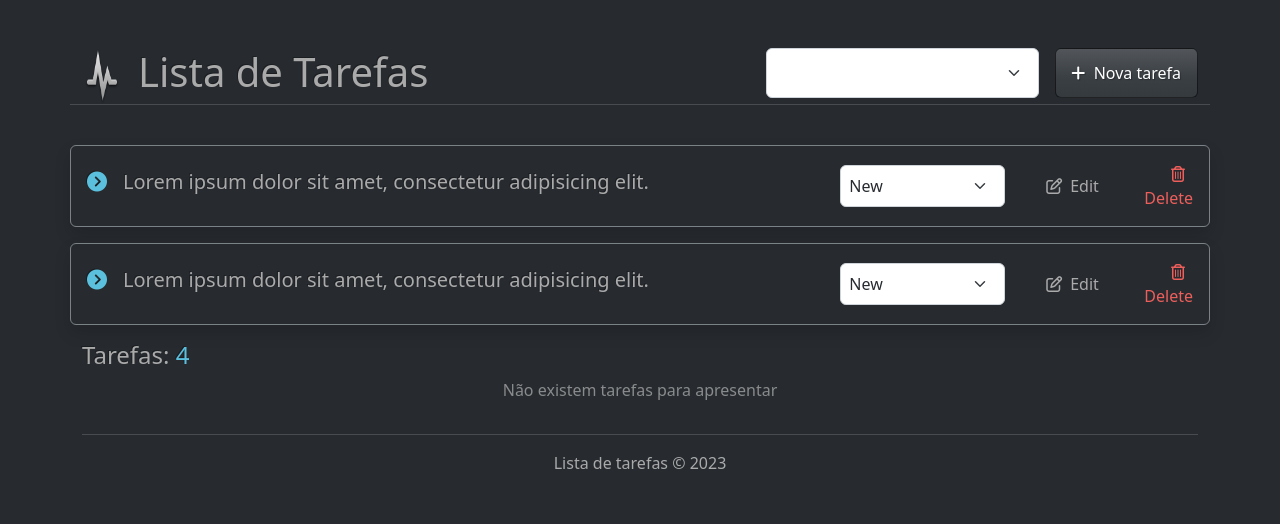
Repository: cargugati/lista_tarefas
Page: frontEnd/index.html
These files come from the project's save history. The page is drawn as it stood at one moment and after the next save; the edit follows.
The browser window is 1280 px wide. The pictures show the whole page.

Above is the page before, as saved 2023-03-18 23:32:18.

### frontEnd/index.html
<!DOCTYPE html>
<html lang="pt-br">

<head>
  <meta charset="UTF-8">
  <meta http-equiv="X-UA-Compatible" content="IE=edge">
  <meta name="viewport" content="width=device-width, initial-scale=1.0">
  <title>Lista de Tarefas</title>
  <link rel="stylesheet" href="./assets/css/bootstrap.min.css">
  <link rel="stylesheet" href="./assets/fontawesome/css/all.min.css">
  <link rel="shortcut icon" href="./assets/images/favicon.png" type="image/png">
</head>

<body>
  <div class="container my-5">

    <!-- cabeçalho -->
    <div class="row mb-4">
      <div class="col">
        <div class="d-flex justify-content-start">
          <img src="./assets/images/favicon.png" alt="Logo" class="img-fluid me-3" width="40px">
          <h1>Lista de Tarefas</h1>
        </div>

      </div>
      <div class="col text-end">
        <div class="d-flex justify-content-end">
          <select id="select_filter" class="form-select w-50 p-2 me-3">
            <option value=""></option>
            <option value="1">filtro 1</option>
          </select>
          <a href="new_task.html" class="btn btn-primary"><i class="fa-solid fa-plus me-2"></i>Nova tarefa</a>
        </div>
      </div>
      <hr class="my">
    </div>

    <!-- aspecto visual de uma tarefa -->
    <div class="row mb-3">
      <div class="col-12 border border-secondary rounded p-3 shadow">
        <div class="row align-items-center">
          <div class="col-8">
            <div class="d-flex align-items-center">
              <h5 class="me-3 text-info"> <i class="fa-solid fa-circle-chevron-right"></i> </h5>
              <h5>Lorem ipsum dolor sit amet, consectetur adipisicing elit.</h5>
            </div>
          </div>
          <div class="col-2">
            <select id="task_status" class="form-select p-2">
              <option value="new">New</option>
              <option value="in progress">In progress</option>
              <option value="canceled">Canceled</option>
              <option value="done">Done</option>
            </select>
          </div>
          <div class="col-1 text-end"><i class="fa-regular fa-pen-to-square me-2"></i>Edit</div>
          <div class="col-1 text-end text-danger"><i class="fa-regular fa-trash-can me-2"></i>Delete</div>
        </div>
      </div>
    </div>

    <div class="row mb-3">
      <div class="col-12 border border-secondary rounded p-3 shadow">
        <div class="row align-items-center">
          <div class="col-8">
            <div class="d-flex align-items-center">
              <h5 class="me-3 text-info"> <i class="fa-solid fa-circle-chevron-right"></i> </h5>
              <h5>Lorem ipsum dolor sit amet, consectetur adipisicing elit.</h5>
            </div>
          </div>
          <div class="col-2">
            <select id="task_status" class="form-select p-2">
              <option value="new">New</option>
              <option value="in progress">In progress</option>
              <option value="canceled">Canceled</option>
              <option value="done">Done</option>
            </select>
          </div>
          <div class="col-1 text-end"><i class="fa-regular fa-pen-to-square me-2"></i>Edit</div>
          <div class="col-1 text-end text-danger"><i class="fa-regular fa-trash-can me-2"></i>Delete</div>
        </div>
      </div>
    </div>

    <!-- total tarefas -->
    <div class="row" id="total_tasks">
      <div class="col">
        <h4>Tarefas: <span class="text-info">4</span></h4>
      </div>
    </div>

    <!-- sem tarefa -->
    <div class="row " id="no_tasks">
      <div class="col text-center">
        <span class="opacity-75">Não existem tarefas para apresentar</span>
      </div>
    </div>

    <!-- footer -->
    <div class="row mt-3">
      <div class="col text-center">
        <hr>
        <p>Lista de tarefas &copy; 2023</p>
      </div>
    </div>


  </div>

  <script src="./assets/js/bootstrap.bundle.min.js"></script>
</body>

</html>

Loaded but not shown: frontEnd/assets/css/bootstrap.min.css (library); frontEnd/assets/fontawesome/css/all.min.css (library); frontEnd/assets/js/bootstrap.bundle.min.js (library)

After the next save:
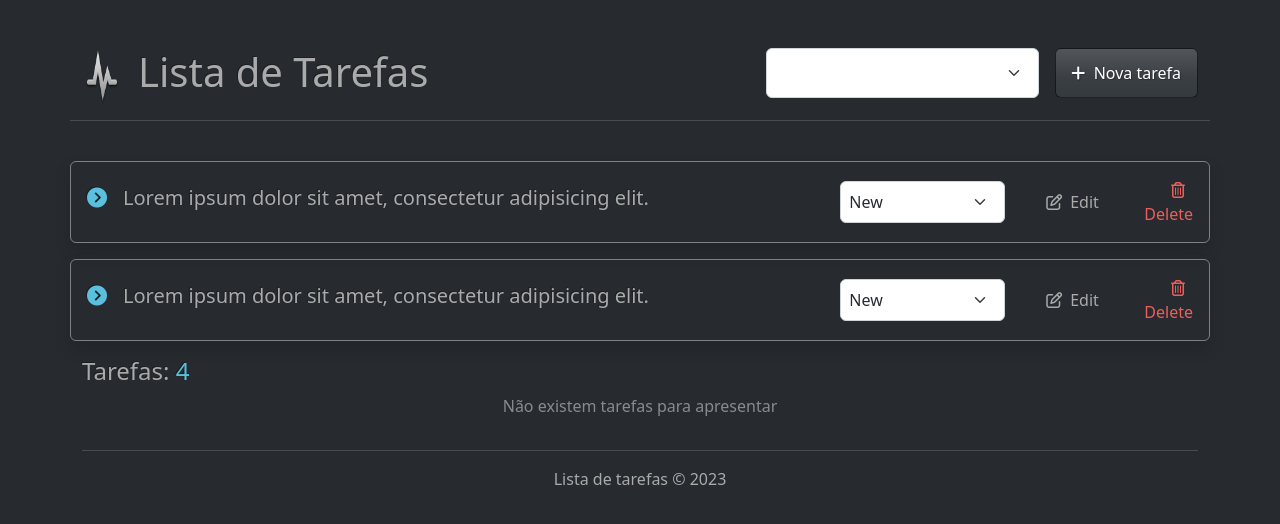
Saved 11 s later.
--- a/frontEnd/index.html
+++ b/frontEnd/index.html
@@ -32,7 +32,7 @@
           <a href="new_task.html" class="btn btn-primary"><i class="fa-solid fa-plus me-2"></i>Nova tarefa</a>
         </div>
       </div>
-      <hr class="my">
+      <hr class="my-3">
     </div>
 
     <!-- aspecto visual de uma tarefa -->
